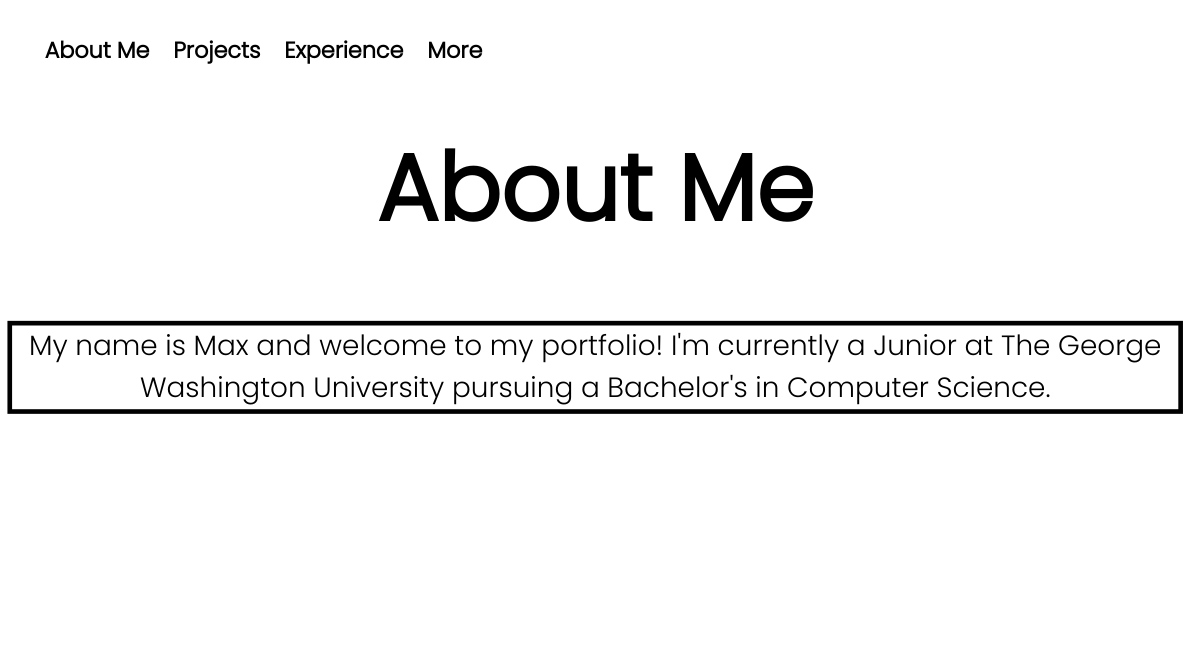
Repository: notMaximilian/maximilianaquino.github.io
Page: about.html
These files come from the project's save history. The page is drawn as it stood at one moment and after the next save; the edit follows.
The browser window is 1280 px wide. The pictures show the whole page, at 93% of full size.

Above is the page before, as saved 2022-02-10 09:49:03.

After the next save:
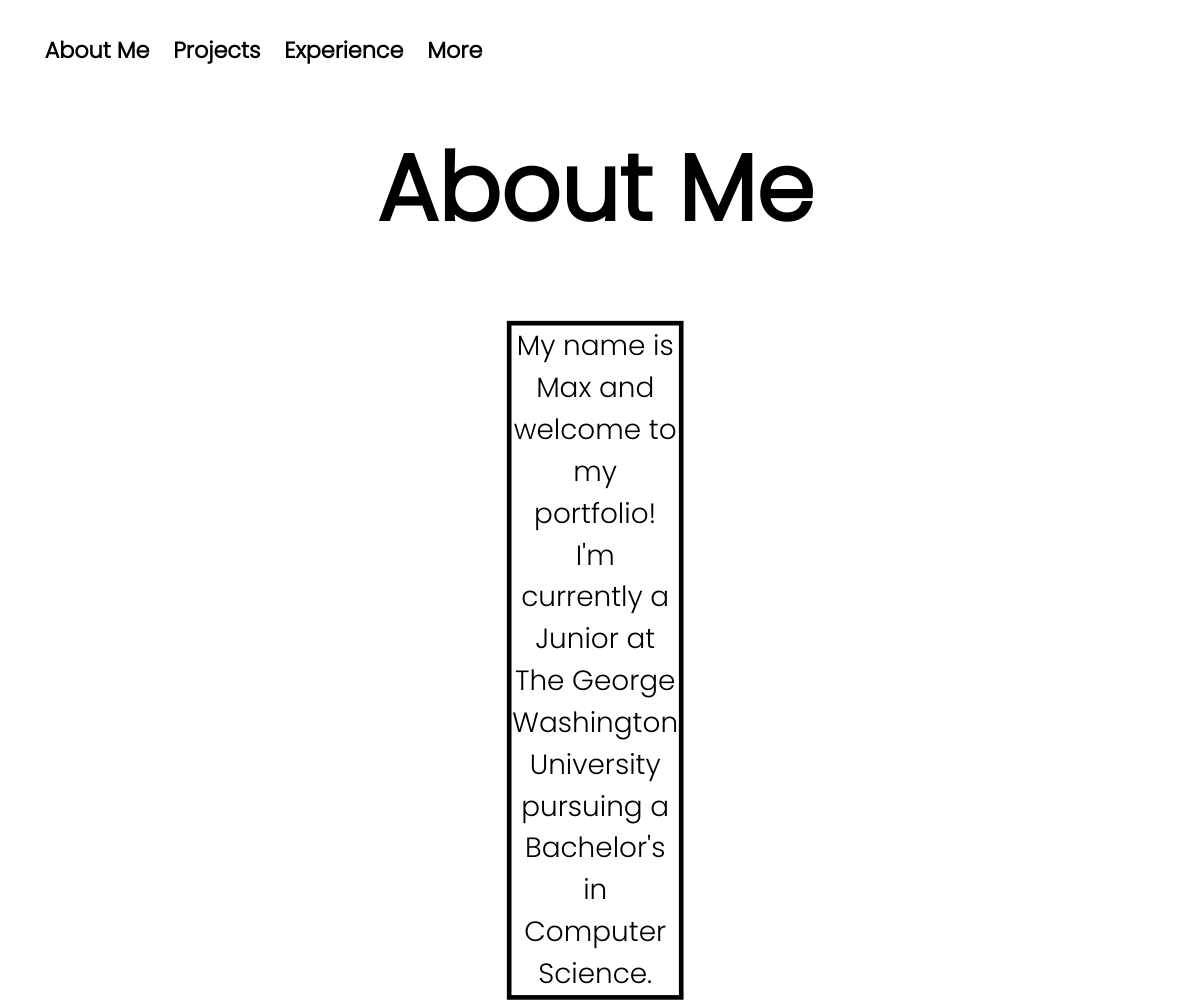
Saved 7 s later.
--- a/css/subpage.css
+++ b/css/subpage.css
@@ -38,7 +38,7 @@ h1{
 }
 
 p{
-    inline-size: 14;
+    inline-size: 14vw;
     font-family: "Poppins", sans-serif;
     text-align: center;
     border: 5px solid black;
